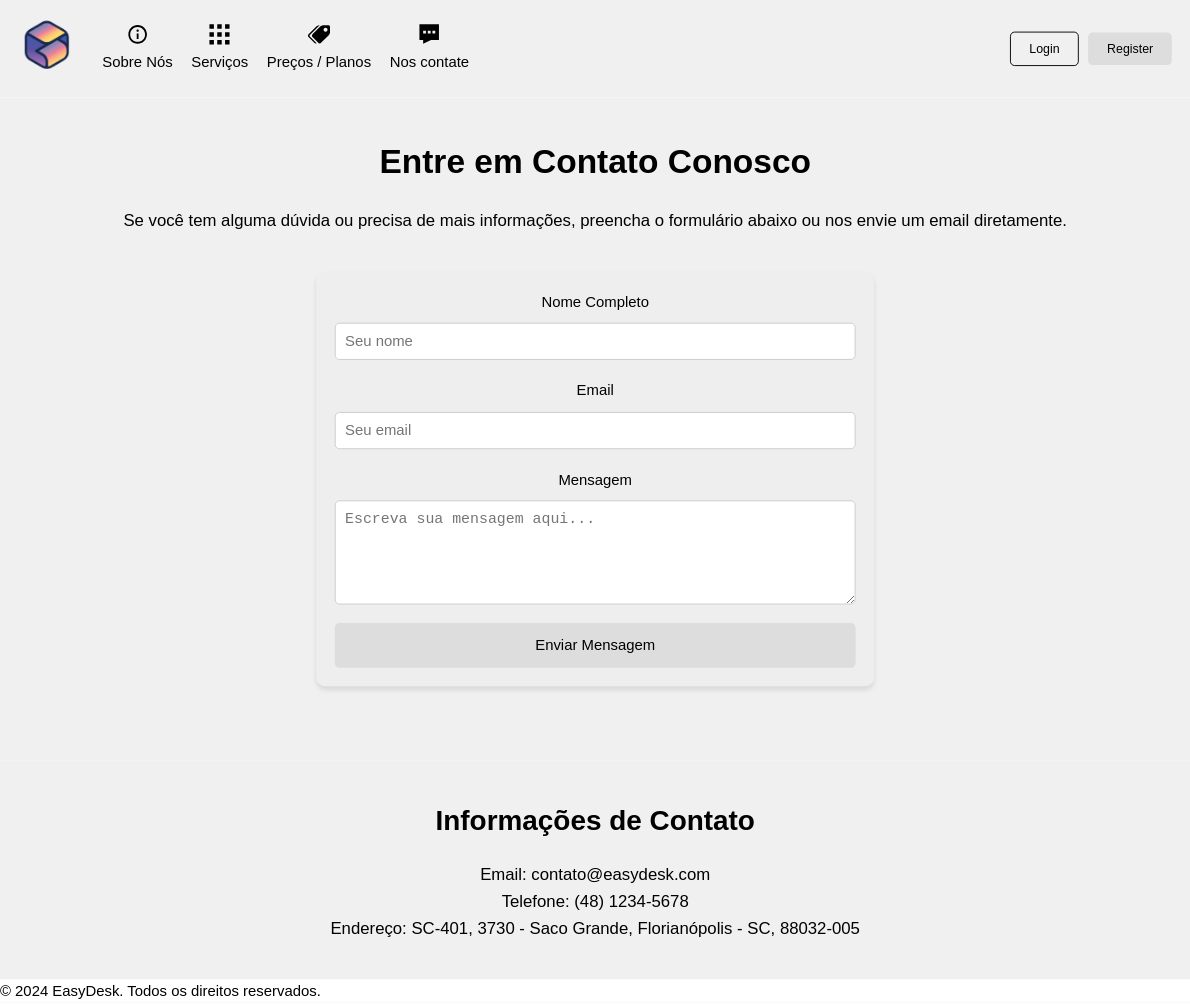
Repository: Gabrielb0rn/0EasyDesk.io
Page: 0Easydesk1/contactus.html
The author's editor kept a copy of each file at every save. The page is drawn from the files as they stood at one save, then again after the next save.
The browser window is 1280 px wide. The pictures show the whole page, at 93% of full size.

Above is the page before, as saved 2024-09-16 10:03:01.

After the next save:
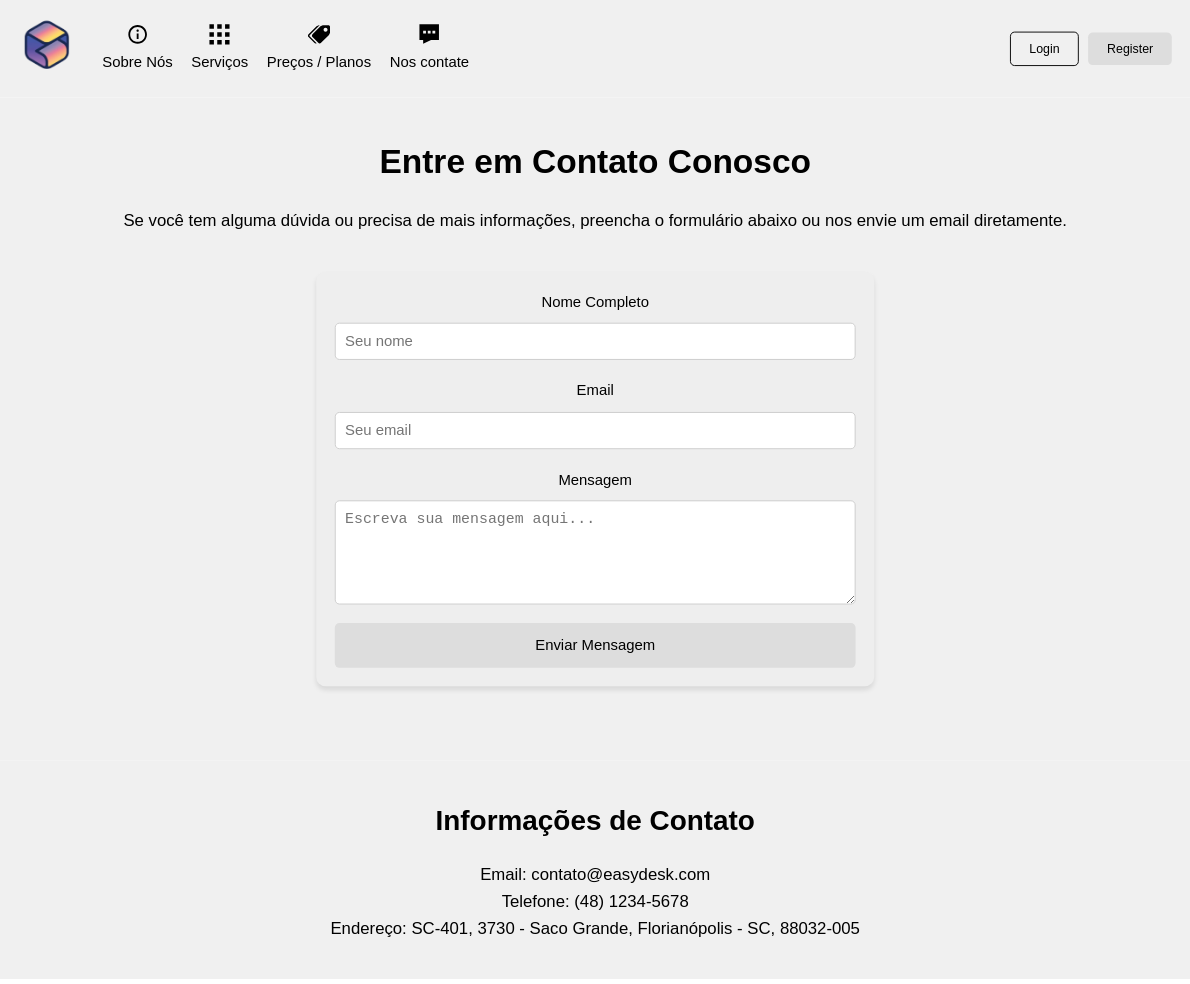
Saved 3 s later.
--- a/0Easydesk1/contactus.html
+++ b/0Easydesk1/contactus.html
@@ -68,9 +68,5 @@
             <p>Endereço: SC-401, 3730 - Saco Grande, Florianópolis - SC, 88032-005</p>
         </section>
     </main>
-
-    <footer>
-        <p>&copy; 2024 EasyDesk. Todos os direitos reservados.</p>
-    </footer>
 </body>
 </html>
